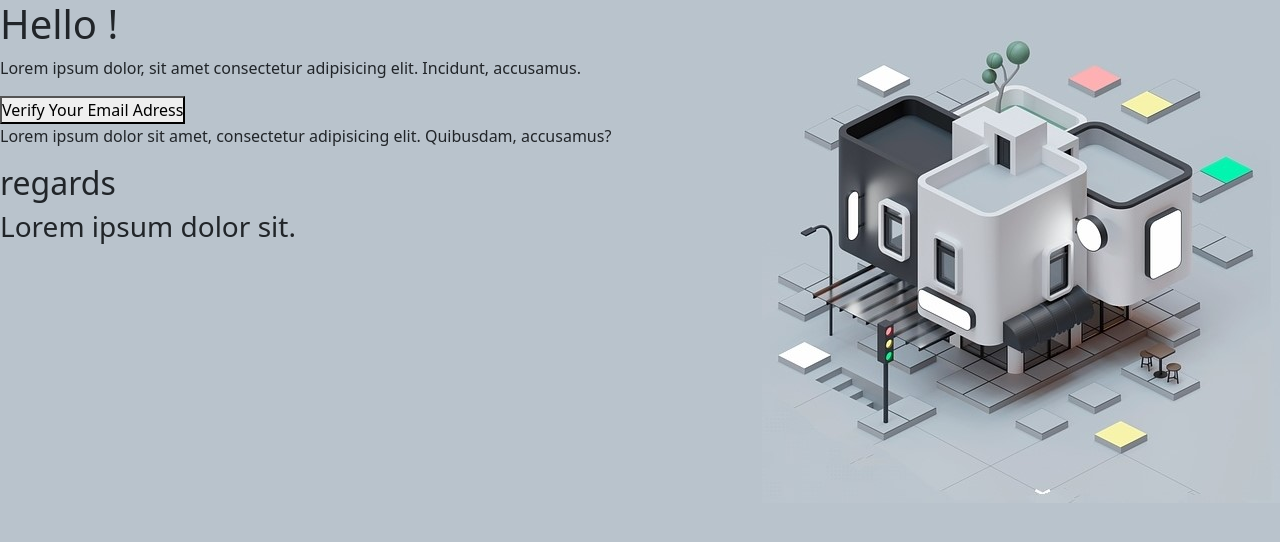
Repository: Aayush919/taskui
Page: index.html
These files come from the project's save history. The page is drawn as it stood at one moment and after a run of saves; the edit follows.
The browser window is 1280 px wide. The pictures show the whole page.

Above is the page before, as saved 2024-01-12 12:40:07.

### index.html
<!doctype html>
<html lang="en">

<head>
    <meta charset="utf-8">
    <meta name="viewport" content="width=device-width, initial-scale=1">
    <title>Bootstrap demo</title>
    <link href="https://cdn.jsdelivr.net/npm/bootstrap@5.3.2/dist/css/bootstrap.min.css" rel="stylesheet"
        integrity="sha384-T3c6CoIi6uLrA9TneNEoa7RxnatzjcDSCmG1MXxSR1GAsXEV/Dwwykc2MPK8M2HN" crossorigin="anonymous">
        <link rel="stylesheet" href="style.css">
</head>

<body>



    <div class="custom-bg">
        <div class="right">
          <div class="top">
            <h1>Hello !</h1>
            <p>Lorem ipsum dolor, sit amet consectetur adipisicing elit. Incidunt, accusamus.</p>
            <button>Verify Your Email Adress</button>
            <p>Lorem ipsum dolor sit amet, consectetur adipisicing elit. Quibusdam, accusamus?</p>
            <h2>regards</h2>
            <h3>Lorem ipsum dolor sit.</h3>
          </div>
        </div>
        <div class="left">
            <img src="./bg.jpg" alt="" class="img-fluid">
        </div>

    </div>

    <script src="https://cdn.jsdelivr.net/npm/bootstrap@5.3.2/dist/js/bootstrap.bundle.min.js"
        integrity="sha384-C6RzsynM9kWDrMNeT87bh95OGNyZPhcTNXj1NW7RuBCsyN/o0jlpcV8Qyq46cDfL"
        crossorigin="anonymous"></script>
</body>

</html>

<!-- -->

### style.css
*{
margin: 0;
padding: 0;
box-sizing: border-box;
}


html,body{
    height: 100%;
    width: 100%;

}

.custom-bg{
    background-color:#B9C3CC;
    height: 100%;
    width: 100%;
    display: flex;
    justify-content: space-between;


}

@media(max-width:667px){
    .custom-bg{
        flex-direction: column;
    }
}


.custom-bg .left img{
    right: 0px;

}

/*
.right{
    display:flex;
    align-items:center;
    justify-content:center;

} */
/*
.right .top{
    display:flex;
    flex-direction: column;
    align-items: center;
    height: 400px;


} */

After the next 2 saves:
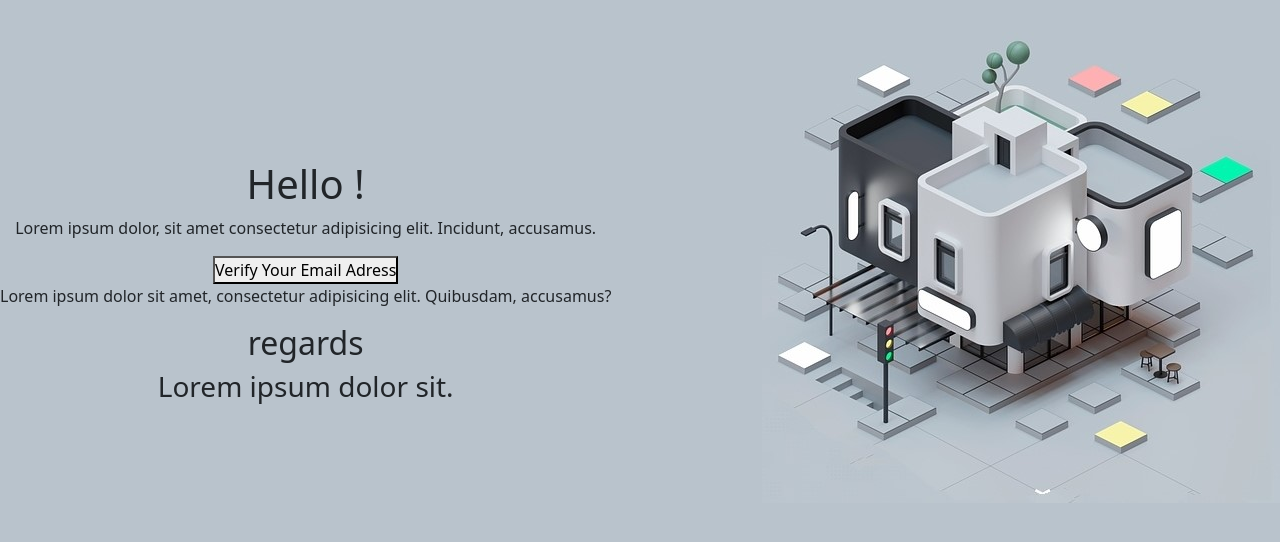
The 2 saves are shown as one change because they came seconds apart.
The last was saved 34 s later.
--- a/style.css
+++ b/style.css
@@ -33,14 +33,14 @@ html,body{
 
 }
 
-/*
+
 .right{
     display:flex;
     align-items:center;
     justify-content:center;
 
-} */
-/*
+}
+
 .right .top{
     display:flex;
     flex-direction: column;
@@ -48,4 +48,4 @@ html,body{
     height: 400px;
 
 
-} */
+}
